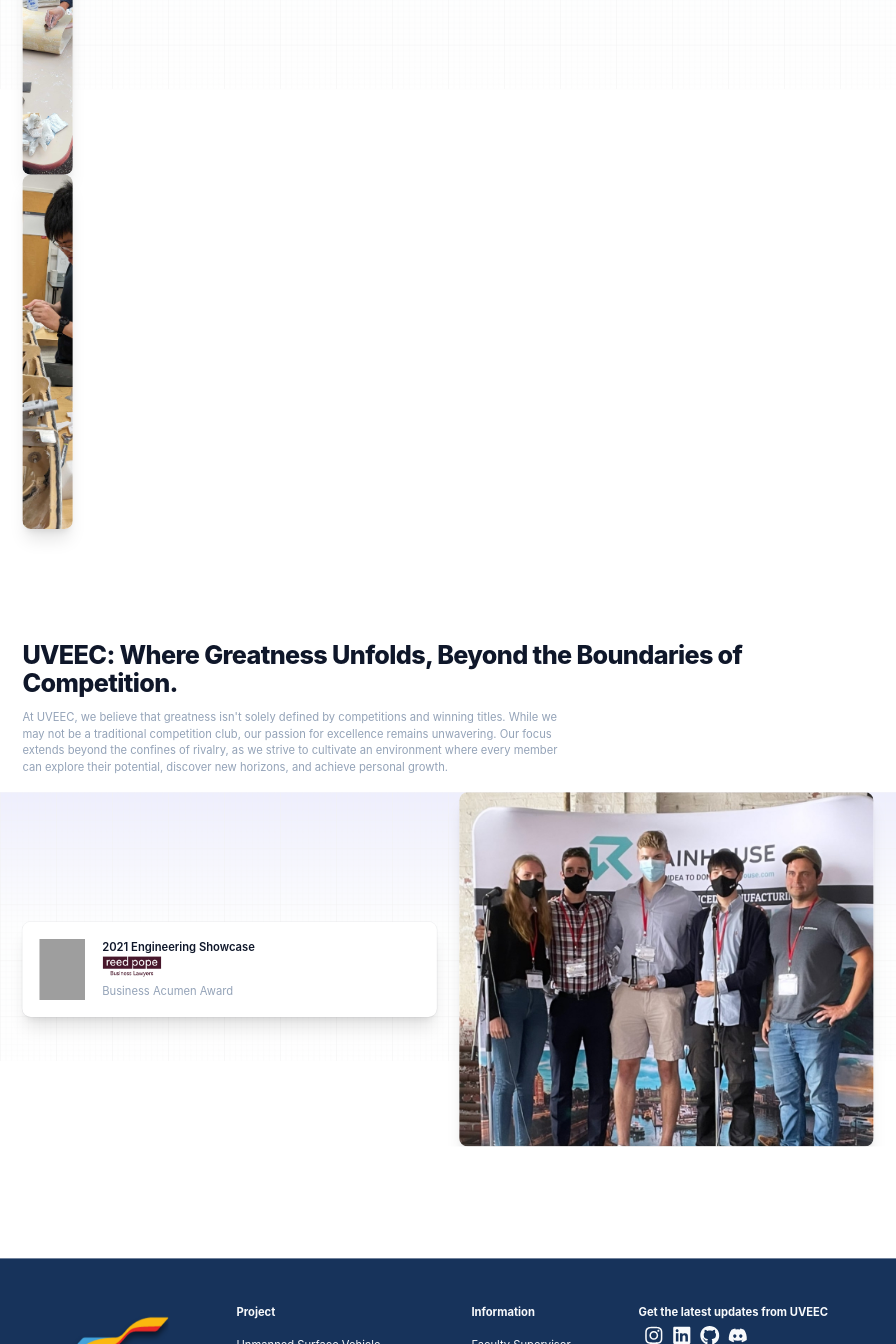
Repository: markaxelus/uveec-website
Page: /
An editor plug-in stored every save of this project. The page is shown before and after the next save, followed by the edit.
The browser window is 1280 px wide. The pictures show the part of the page from y = 1444 to 3364 px (the page is 3586 px tall before and 3610 px after), at 70% of full size.
Pictures or frames that could not be fetched are drawn as grey boxes. The project was rebuilt for these pictures with package versions that can differ from the ones it lists, and the page was loaded fresh each time. The framework's server and built-in components were replaced by stand-ins that run in the browser. Also part of the build but not shown: next.config.js, src/components/molecules/ProfileCard.tsx.

Above is the page before, as saved 2024-06-08 23:05:31.

After the next save:
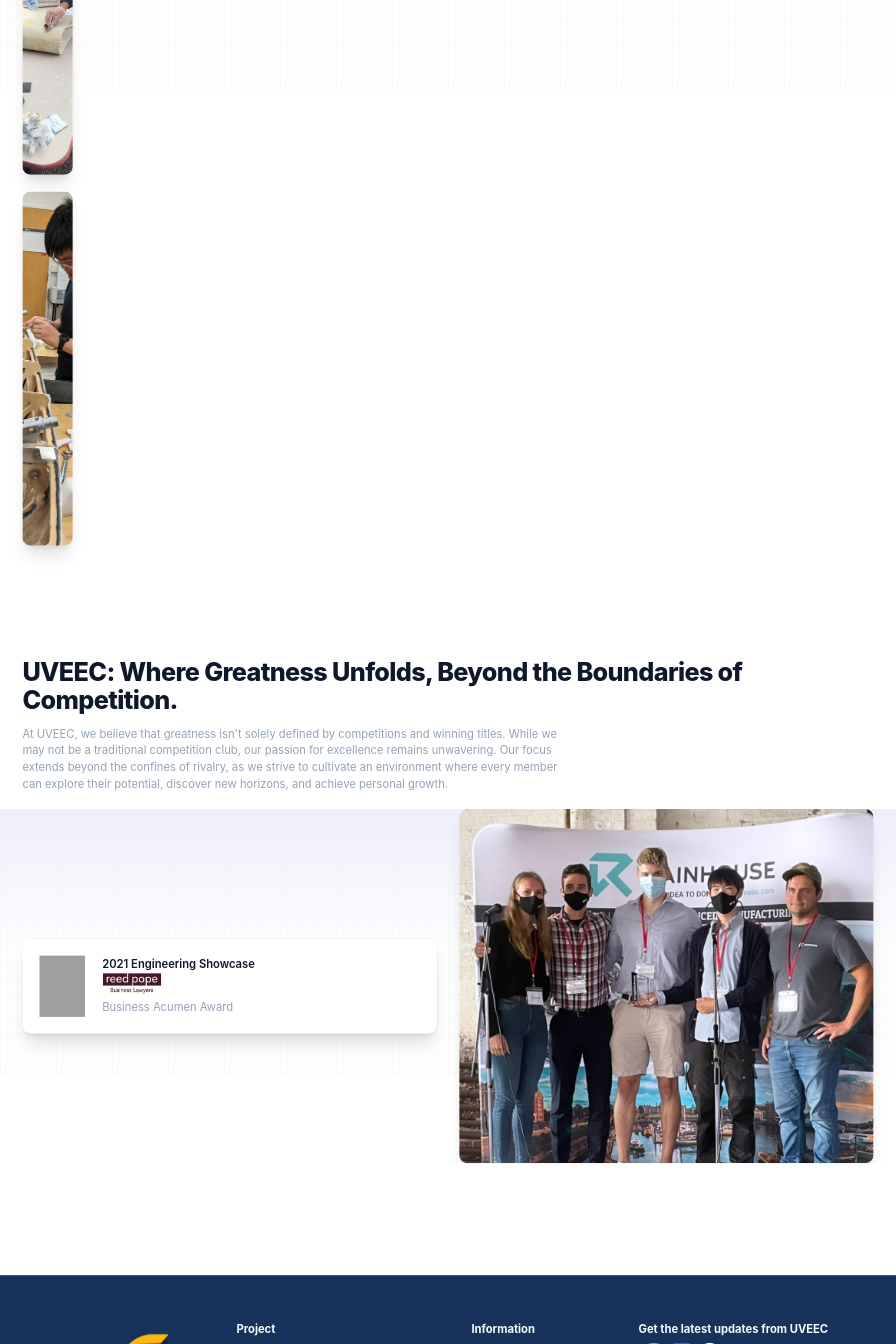
Saved 47 s later.
--- a/pages/index.tsx
+++ b/pages/index.tsx
@@ -119,7 +119,7 @@
                       </div>
                     </div>
                   </div>*/}
-                  <div>
+                  <div className="space-y-6">
                     <div className="mt-4 -mx-4 sm:mx-0 lg:mt-0 lg:col-span-7 xl:col-span-6">
                       <div className="relative overflow-hidden shadow-xl flex h-[31.625rem] max-h-[60vh] sm:max-h-[none] sm:rounded-xl lg:h-[34.6875rem] xl:h-[31.625rem]">
                         <Image
